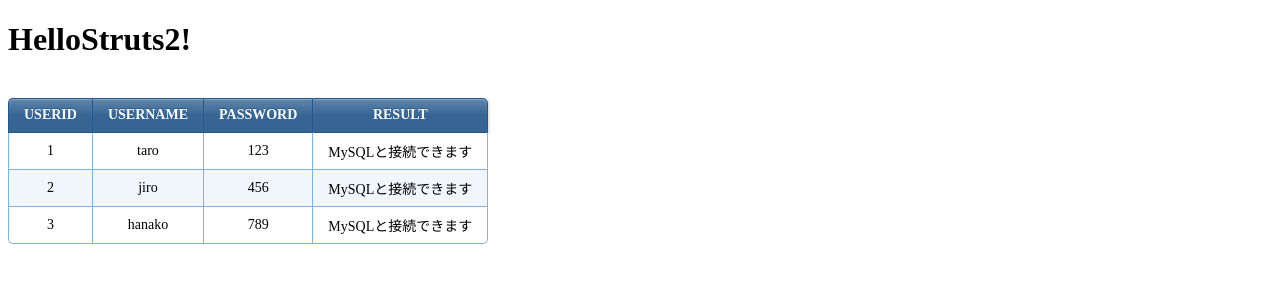
Repository: Numanaka/test
Page: http://localhost/WebProj5/HelloStrutsAction.action
These files come from the project's save history. The page is drawn as it stood at one moment and after the next save; the edit follows.
The browser window is 1280 px wide. The pictures show the whole page.
The page is served by Tomcat 9. The database holds what the project's SQL file puts in it.

Above is the page before, as saved 2019-07-02 07:52:27.

After the next save:
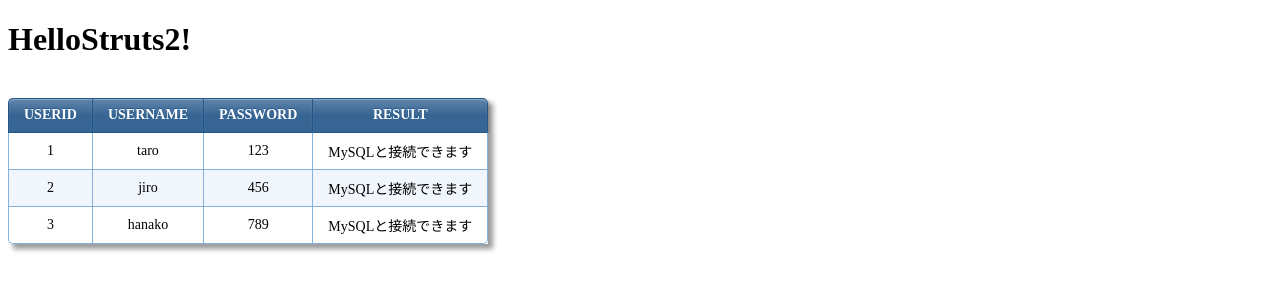
Saved 10 s later.
--- a/WebProj5/WebContent/css/style.css
+++ b/WebProj5/WebContent/css/style.css
@@ -69,5 +69,5 @@ table tr:hover{
 }
 
 table{
-	box-shadow: 5px 5px 5px rgba(0,0,0,0.);
+	box-shadow: 5px 5px 5px rgba(0,0,0,0.4);
 }
